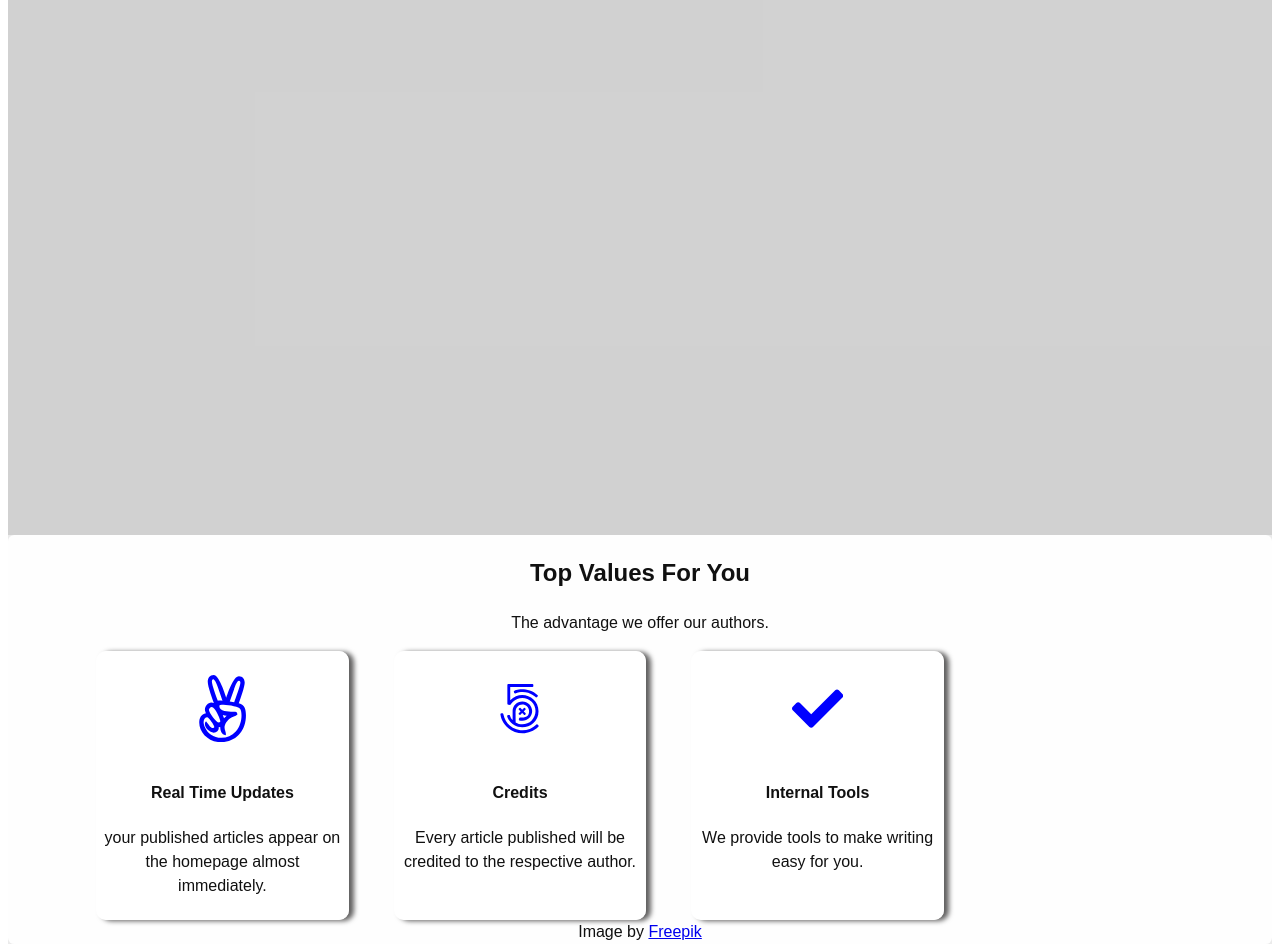
Repository: ValGrace/-static-site
Page: / (app in client/)
These files come from the project's save history. The page is drawn as it stood at one moment and after the next save; the edit follows.
The browser window is 1280 px wide. The pictures show the part of the page from y = 925 to 1877 px (the page is 1877 px tall).
The project was rebuilt for these pictures with package versions that can differ from the ones it lists, and the page was loaded fresh each time. Also part of the build but not shown: client/vite.config.js, client/src/Components/Login.jsx, client/src/Components/Signup.jsx, client/src/Pages/aboutPage.jsx, client/src/Pages/Articles.jsx.

Above is the page before, as saved 2023-07-01 17:22:02.

### client/index.html
<!DOCTYPE html>
<html lang="en">
  <head>
    <meta charset="UTF-8" />
    <link rel="icon" type="image/svg+xml" href="/vite.svg" />
    <meta name="viewport" content="width=device-width, initial-scale=1.0" />
    <title>Static Site Generator</title>

  </head>
  <body>
    <div id="root"></div>
    <script type="module" src="/src/main.jsx"></script>
  </body>
</html>

### client/src/main.jsx
import React from 'react'
import ReactDOM from 'react-dom/client'
import App from './App'
import './index.css'
import { BrowserRouter } from 'react-router-dom'
ReactDOM.createRoot(document.getElementById('root')).render(
  <React.StrictMode>
    <BrowserRouter>
    <App />
    </BrowserRouter>
  </React.StrictMode>,
)

### client/src/App.jsx
import PageRouter from './Routing/PageRouter'
import './App.css'


function App() {

  return (
    <div className="App">
      <PageRouter />
    </div>
  )
}

export default App

### client/src/index.css
:root {
  font-family: 'Acme', sans-serif;
  line-height: 1.5;
  font-weight: 400;

  color-scheme: light dark;
  color: rgba(7, 7, 7, 0.87);
  /* background-color: #000000b4; */
  padding: 0;
  margin: 0;
  font-synthesis: none;
  text-rendering: optimizeLegibility;
  -webkit-font-smoothing: antialiased;
  -moz-osx-font-smoothing: grayscale;
  -webkit-text-size-adjust: 100%;
}

/* a {
  font-weight: 500;
  color: #646cff;
  text-decoration: inherit;
}
a:hover {
  color: #535bf2;
}

body {
  margin: 0;
  display: flex;
  place-items: center;
  min-width: 320px;
  min-height: 100vh;
}

h1 {
  font-size: 3.2em;
  line-height: 1.1;
}

button {
  border-radius: 8px;
  border: 1px solid transparent;
  padding: 0.6em 1.2em;
  font-size: 1em;
  font-weight: 500;
  font-family: inherit;
  background-color: #1a1a1a;
  cursor: pointer;
  transition: border-color 0.25s;
}
button:hover {
  border-color: #646cff;
}
button:focus,
button:focus-visible {
  outline: 4px auto -webkit-focus-ring-color;
}

@media (prefers-color-scheme: light) {
  :root {
    color: #213547;
    background-color: #ffffff;
  }
  a:hover {
    color: #747bff;
  }
  button {
    background-color: #f9f9f9;
  }
} */

### client/src/Routing/PageRouter.jsx
import Dashboard from "../Pages/Dashboard";
import HomePage from "../Pages/HomePage";
import { Routes, Route} from "react-router-dom"
import AboutPage from "../Pages/aboutPage";
import Articles from "../Pages/Articles";
const PageRouter = () => {
    return (
        <Routes>
            <Route exact path="/" element={ <HomePage />}/>
            <Route path="/login" element={ <Dashboard />}/>
            <Route path="/about" element={<AboutPage />} />
            <Route path="/articles" element={<Articles />} />

        </Routes>
    )
}

export default PageRouter

### client/src/App.css
.App {
  display: flex;
  flex-direction: column;
  justify-content: center;
  align-items: center;
  margin: 0;
  padding: 0;
  background-color: rgba(226, 226, 226, 0.699);
}

### client/src/Pages/Dashboard.jsx
import React, { useReducer, useState} from 'react'
import Login from '../Components/Login'
import Signup from '../Components/Signup'
import "../Components/Inputs.css"
import { Link, useNavigate } from 'react-router-dom'
// import { useAuth } from '../Context/UserContext'
import { account } from '../Utils/appwrite'
const initialState = {page : <Login />}
function reducer(state, action) {
    switch(action.type) {
        case 'loginpage':
          return { page: <Login />}
        case 'signuppage':
            return { page: <Signup />}
        default:
            return { page: <h2>Loading....</h2>}
    }
}
const Dashboard = () => {
    const [state, dispatch] = useReducer(reducer, initialState)

    const [ error, setError] = useState('')
    const navigate = useNavigate()
    const ghostLogin = async() => {
        try {
            setError('')
            await account.createAnonymousSession();
            navigate("/")
        }
        catch {
             setError("Failed to Create anonymous account")
        }
    }
    return (
        <div className='dashboard'>
         <h2>Static Site Generator</h2>
         <div>Static site Image</div>
      <div className='dash' id='dash'>
            <div className='toggleForms'>
                <button onClick={() => dispatch({type: 'loginpage'})} className="type-btn">Login</button>
                <button onClick={() => dispatch({type: 'signuppage'})} className="type-btn">Signup</button>
                </div>
            <React.Fragment>{state.page}</React.Fragment>

            <button id="auth-btns" onClick={ghostLogin}>Login with Ghost account</button>
            <h5>{error}</h5>
         </div>
         <Link to="/home">Home</Link>
       </div>
    )
}

export default Dashboard

### client/src/Pages/HomePage.jsx
import { useState, useEffect } from "react"
import Navbar from "../Components/Navbar"
import MidSection from "../Components/MidSection"
import HomeSection from "../Components/HomeSection"
import TopSection from "../Components/TopSection"
import { HomeContext } from "../MdFiles/MdFileContext"

const HomePage = () => {
    const [markdown, setMarkdown] = useState(HomeContext)
    // useEffect(() => {
    //     fetch(HomeContext)
    //        .then((res) => res.text())
    //        .then((text) => setMarkdown(text))
    // })
    const [editor, setEditor] = useState(false)
    const editMdFile =(event) => {
        setMarkdown(event.target.value)

    }

    const viewEditor = () => {
       setEditor(true)
    }

    // const submitForm = () => {
    //     fetch("http://localhost:8080/save", {
    //         method: "POST",
    //         headers: {
    //             "Content-Type": "application/json",
    //         },
    //         body: markdown
    //     })
    // }
    return (
        <>
        <div className="topsection">
            <div className="topsection-cover"></div>
                     <Navbar />
         <TopSection />
         </div>
         <MidSection />
         <HomeSection />
         <button onClick={viewEditor} className="btn-edit">Edit</button>
         {editor &&
         <form className="md-edit" method="post" action="/articles/" >
            <textarea value={markdown} onChange={editMdFile} name="md"/>
            {/* <ReactMarkdown>`${markdown}`</ReactMarkdown>  */}
            <div className="md-btns">
                <button id="md-btn" onClick={() => setEditor(false)}>Cancel</button>
                <input type="submit" id="md-btn" value="save" />
            </div>
         </form>
}
        </>
    )
}

export default HomePage

### client/src/Components/Inputs.css
form, #dash {
    width: 80vw;
}
.signupForm, .dash, .dashboard {
   display: flex;
   flex-direction: column;
   justify-content: center;
   align-items: center;
   gap: 0.8em;
}

input, button {
    width: 80%;
    height: 3em;
    background-color: transparent;
    color: black;
}

#sign {
   width: 40vw;
}

.toggleForms {
    display: grid;
    grid-template-columns: 50% 50%;
    gap: 0.4em;
    justify-content: center;
    align-items: center;
}

#inptitle, .article-icons{
   width: 100%;
   border: 0.5px solid rgb(199, 199, 199);
   border-radius: 0.7%;

}

.article-icons {
    width: 79.9vw;
    height: 3em;
    display: flex;
    flex-direction: row;
    align-items: center;
    gap: 0.5em;
}

.article-area {
   margin-top: 0;
   display: flex;
   flex-direction: column;
   height: 90vh;

}

.type-btn {
    background-color: rgb(2, 2, 133);
    border: none;
    width: 20vw;
    border-radius: 8px;
    text-transform: uppercase;
    color: aliceblue;
    font-weight: 700;
}

.type-btn:hover {
   background-color: rgb(1, 1, 22);
}

#auth-btns {
    text-transform: uppercase;
    font-weight: 700;
}

select, option {
    border: 0.08em solid black;
    background-color: transparent;
    font-weight: 500;
    padding: 0.2rem;
}

input[type=file] {
   display: none;
}

label {
    cursor: pointer;
}

### client/src/Utils/appwrite.js
import {Client, Account} from "appwrite"

const client = new Client()

client.setEndpoint("https://cloud.appwrite.io/v1").setProject("64940746ea62d29f596e")

export const account = new Account(client)

### client/src/Components/Navbar.jsx
import { useState } from "react"
import {HiBars3BottomLeft} from 'react-icons/hi2'
import { FaTimes} from 'react-icons/fa'
import { Link} from 'react-router-dom'
import "./Navbar.css"
const Navbar = () => {
    const [clickbar, setClickbar] = useState(false)
    return (
           <>


        <nav id="bar" onClick={()=>setClickbar
        (!clickbar)}>{clickbar ? <>
           <FaTimes size="2em"/>

            <ul>
               <Link to="/"><li>home</li></Link>
                <Link to="/about"><li>about</li></Link>
                <Link to="/articles"><li>articles</li></Link>
                <Link to="/login"><li>Login</li></Link>
            </ul>

        </>: <HiBars3BottomLeft size="2em"/>}
        </nav>

        <nav id="pages">
        <ul>
                <Link to="/"><li>home</li></Link>
                <Link to="/about"><li>about</li></Link>
                <Link to="/articles"><li>articles</li></Link>
            </ul>
            <ul>
                <li><Link to="/login">Login</Link></li>
            </ul>

</nav>
        </>
    )
}

export default Navbar

### client/src/Components/MidSection.jsx
function MidSection() {
    return (
        <>
            <div className="site-descr">
        <h3>We Write Articles About Tech</h3>
        <div className="site-sep"></div>
        <p>Are you a tech enthusiast with a great article idea in mind? Start writing today to share your five cents with our readers. We value your contribution and will be lucky to have you write with us</p>
      </div>

      <div className="side-section">
            <div className="side-img">
                <img src="" alt=""/>
            </div>
            <div className="side-blogs">
                <h4>Featured</h4>
                <p>Lorem ipsum dolor sit amet consectetur adipisicing elit. Nihil.</p>
            </div>
        </div>
        </>
    )
}

export default MidSection

### client/src/Components/HomeSection.jsx
// import { GrAction, GrFormView, GrFormCheckmark} from 'react-icons/gr'
import { FaAngellist, Fa500Px, FaCheck } from 'react-icons/fa'
const HomeSection = () => {
   return (
    <div className='footer'>
    <div>
    <h2>Top Values For You</h2>
    <p>The advantage we offer our authors.</p>
    </div>
    <div className="value-section">
        <div className="single-value">

            <div id="icon-section">
                <FaAngellist size="4.2em" color="blue" fontWeight="200"/>
            </div>

            <h4>Real Time Updates</h4>
            <p>your published articles appear on the homepage almost immediately.</p>
        </div>
        <div className="single-value">
            <div id="icon-section">
                <Fa500Px size="3.2em" color="blue" />
            </div>
            <h4>Credits</h4>
            <p>Every article published will be credited to the respective author.</p>
        </div>
        <div className="single-value">
            <div id="icon-section">
                <FaCheck size="3.2em" color="blue"/>
            </div>
            <h4>Internal Tools</h4>
            <p>We provide tools to make writing easy for you.</p>
        </div>
    </div>
    Image by <a href="https://www.freepik.com/free-photo/overhead-view-coffee-cup-keyboard-camera-paper-white-background_3787339.htm#query=blog%20website%20bg&position=49&from_view=search&track=ais">Freepik</a>
    </div>
   )
}

export default HomeSection

### client/src/Components/TopSection.jsx
import pwbg from "../assets/pwbg.jpg"
const TopSection = () => {


  // useEffect(() => {
  //   async function fetchData() {
  //     const response = await axios.get('/save')
  //     setContent(response.data)
  //   }
  //   fetchData()
  // }, [])
    return (
      <>

      <div className="top-text" id="top-text">
      <h2 id="htitle">Static Site Generator

         </h2>
      <p>Welcome to your number one solution to writing and publishing articles. We generate an optimied web page when you publsih your article and make it available to our thousands of daily readers.</p>
      </div>
      {/* <div className="head-section">
        <div className="head-img">
            <img src={pwbg} alt="sec-photo" />
        </div>

      </div> */}

      </>
    )
}

export default TopSection

### client/src/MdFiles/MdFileContext.js


export const HomeContext = `
---
title: Modify this Blog Title

featured_image: https://images.pexels.com/photos/577585/pexels-photo-577585.jpeg?auto=compress&cs=tinysrgb&w=1260&h=750&dpr=1
description: Lorem ipsum dolor sit amet consectetur adipisicing elit. Soluta beatae, nam laboriosam voluptatum perspiciatis impedit esse quas molestiae cupiditate voluptatem iste quasi dolor.
---
Lorem ipsum dolor sit amet, consectetur adipisicing elit. Impedit illo aspernatur dicta qui, repellat, placeat non consectetur pariatur repellendus reprehenderit voluptatum, molestias cumque facere quisquam.

`

### client/src/Components/InfoPage.css
#about-page {
    font-size:2rem;
    text-transform: capitalize;

    width: 80vw;

    text-align: center;
}

.about-mid {
   display: flex;
   gap: 0.4rem;
   flex-wrap: wrap;
   flex-direction: column;
}

.about-info, .abt-context {
    /* width: 25vw; */
    display: flex;
    flex-direction: column;

}
#context {
    width: 75vw;
}

.abt-img {
    background-color: rgba(54, 4, 4, 0.685);
    width: 40vw;

}

.abt-img > img {
    width: 100%;
    height: 100%;
}


.md-editor {
    width: 80vw;
    height: 90vh;
    margin: auto;
    display: flex;
    flex-direction: column;
    border: 0.5px solid rgb(97, 97, 97);

}

.footer {
    background-color: rgba(255, 255, 255, 0.952);
    /* padding: 0.8em; */
    width: 100%;
    text-align: center;
    color: rgba(0, 0, 0, 0.938);
    border-radius: 0.4em;
}

#txtarea {
    resize: none;
    width: 100%;
    height: 60vh;
    background-color: transparent;
    border: none;
    font-family: 'Acme', sans-serif;
}
.md-edit {
    position: absolute;
    width: 80vw;
    height: 90vh;
    top: 10%;
    background-color: rgb(0, 0, 0);
    display: flex;
    flex-direction: column;
    align-items: center;
    gap: 0.4em;
}

.md-edit > textarea {
    resize: none;
    width: 90%;
    height: 80%;
    background-color: rgb(29, 28, 28);
    color: rgba(240, 248, 255, 0.932);
    border-radius: 8px;
    border: none;

}

.md-btns {
    display: flex;
   justify-content: center;
   align-items: center;
    gap: 0.7em;
    width: 90%;
}

#md-btn {
    width: 30%;
    background-color: rgb(71, 71, 71);
    color: rgb(218, 218, 218);
    text-transform: uppercase;
    font-weight: 400;
    border: none;
    border-radius: 0.2em;

}
@media screen and (min-width: 670px) {
    #abt-info {
        flex-direction: row-reverse;
    }
    .about-info, .abt-context {
        flex-direction: row;
        justify-content: center;
        gap: 0.8em;

    }
    .abt-pg {
        display: flex;
        flex-direction: column;
        width: 40vw;
    }
    .abt-img {
        width: 40vw;
    }

}

### client/src/Components/Navbar.css
nav {
    width: 70vw;
    height: 10vh;
    display: flex;
}

nav > ul{
  display: flex;
  flex-direction: row;
  text-transform: uppercase;
  list-style-type: none;
  justify-content: center;
  align-items: center;
  gap: 4em;
  font-weight: 600;
  font-size: 1.5rem;
  flex-grow: 1;
  text-decoration: none;
}

ul > li {
    text-decoration: none;
    text-decoration-style: none;
    color: orange;
}

.topsection {
    background-image: url("../assets/pwbg.jpg");
    color: rgb(231, 228, 228);
    width: 98vw;
    height: 70vh;
    background-size: cover;
    display: flex;
    flex-direction: column;
    align-items: center;

    position: relative;
    z-index: 1;
}

.topsection-cover {
    position: absolute;
    left: 0;
    bottom: 0;
    width: 100%;
    height: 100%;
    background-color: rgba(0, 0, 0, 0.719);
    z-index: -1;
}

#top-text {
    width: 65vw;
    left: 40%;
    height: 80%;
    display: flex;
    flex-direction: column;
    justify-content: center;

}

#top-text > h2 {
    font-size: 4.5rem;
    text-transform: capitalize;
    margin: 0;
    /* float: left; */
}

#top-text > p {
    float: right;

}

.head-section {
    display: flex;
    width: 90vw;
    gap: 0.5em;
    flex-wrap: wrap;
}

.head-img {
    background-color: rgb(14, 13, 29);
    width: 90%;
    /* border-radius: 0.9em; */
    height: 45vh;
    box-shadow: rgba(0, 0, 0, 0.25) 0px 14px 28px;
    margin-left: 0;
    justify-self: left;
}

.head-img > img {
    width: 100%;
    height: 100%;
    border-radius: 0.9em;
}

.side-section {
    display: flex;
    flex-direction: row;
    height: 100vh;
    background-color: rgba(204, 204, 204, 0.808);
    gap: 0.3rem;
    width: 100%;
}

.side-img {
    background-color: black;
    width: 5rem;
    height: 4rem;
    border-radius: 50%;
}

.side-blogs > h4, .side-blogs > p {
    margin: 0;
}

.btn-edit {
    position: fixed;
    right: 5%;
    bottom: 20%;
    width: auto;
    padding: 8px;
    background-color: rgb(2, 2, 39);
    color: aliceblue;
    text-transform: uppercase;
    font-weight: 600;
    border: none;
    border-radius: 8px;
}
.site-descr {
    width:65vw;
    /* background-color: rgba(226, 226, 226, 0.699); */
    border-radius: 9px;
    /* margin-top: 0.9rem; */
    display: flex;
    /* gap: 0.4rem; */
    /* padding: 3.4rem; */
    height: 25vh;
    margin-bottom: 3em;
}

#pages > ul {

    flex-direction: column;
}

.site-descr > p {
    width: 75%;
}
.site-sep {
    width: 0.1rem;
    height: 90%;
    background-color: rgb(2, 2, 39);
    margin-right: 0.7rem;
}


.value-section {
   width: 80vw;
    display: flex;
    gap: 2.8rem;
    flex-wrap: wrap;
    /* color: rgb(20, 20, 20); */
    justify-content: center;
    align-items: center;
}

.single-value {
    box-shadow:
		5px 1px 5px rgb(97, 96, 96);
    border-radius: 10px;
    background-color: rgba(255, 255, 255, 0.863);
    padding: 0.4em;
    width: 15em;
    height: 16em;
}

#icon-section {
    width: 100%;
    height: 40%;
    display:flex;
    justify-content: center;
    align-items: center;
}



@media screen and (min-width: 1200px) {
    #bar {
      display: none;
    }
    #pages > ul{
        flex-direction: row;
    }

  }

@media screen and (max-width: 1200px) {
    #pages {
      display: none;
    }
   #bar {
        flex-direction: column;

    }
    #bar > ul {
        flex-direction: column;
        gap: 2em;
        background-color: rgba(255, 255, 255, 0.979);
        color: rgb(2, 6, 56);
        width: 90vw;
        height: 70vh;
        position: absolute;
        top: 0;
        right: 0;
    }
}

After the next save:
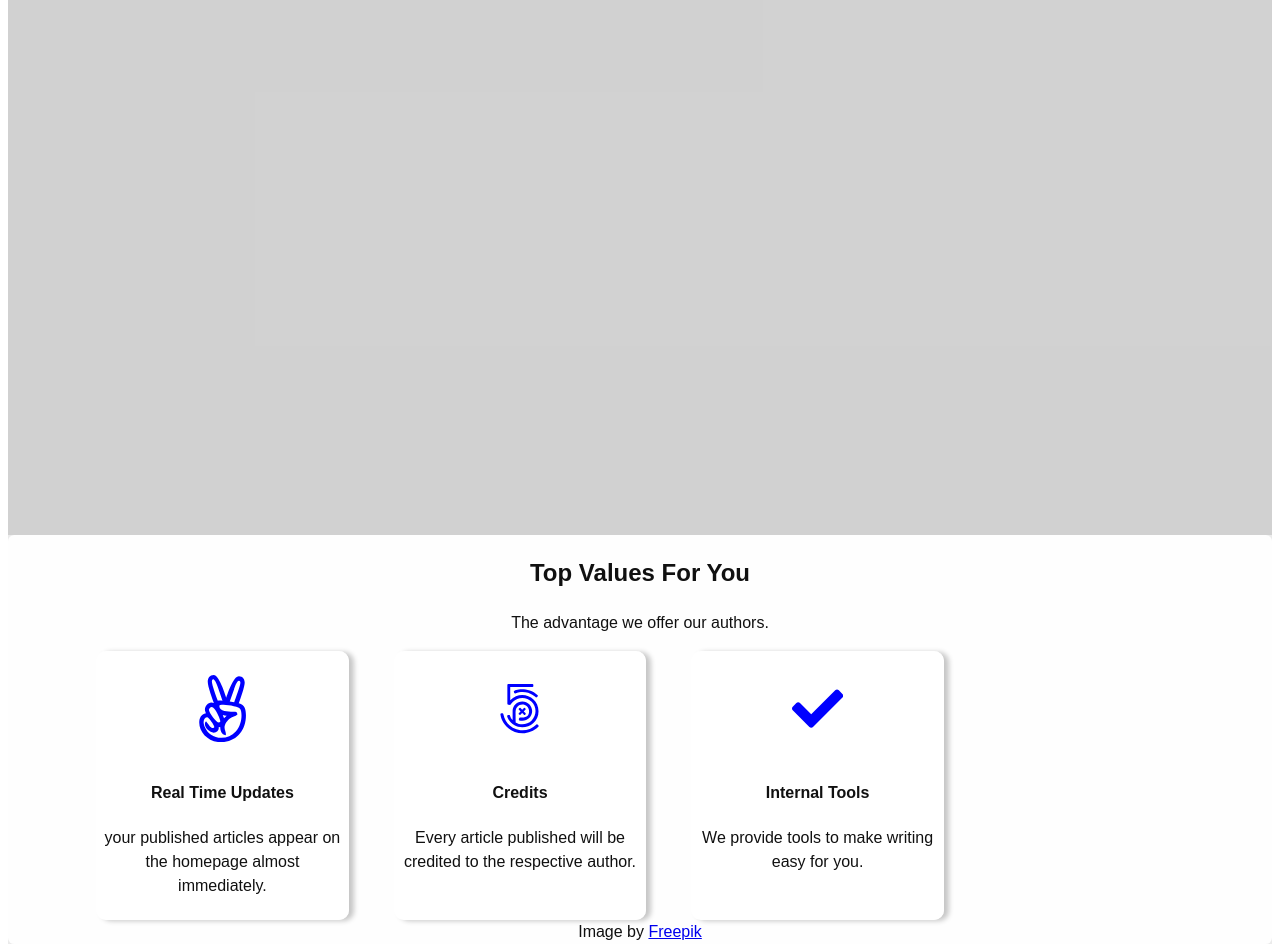
Saved 27 s later.
--- a/client/src/Components/Navbar.css
+++ b/client/src/Components/Navbar.css
@@ -166,7 +166,7 @@ ul > li {
 
 .single-value {
     box-shadow:
-		5px 1px 5px rgb(97, 96, 96);
+		5px 1px 5px rgb(199, 199, 199);
     border-radius: 10px;
     background-color: rgba(255, 255, 255, 0.863);
     padding: 0.4em;
